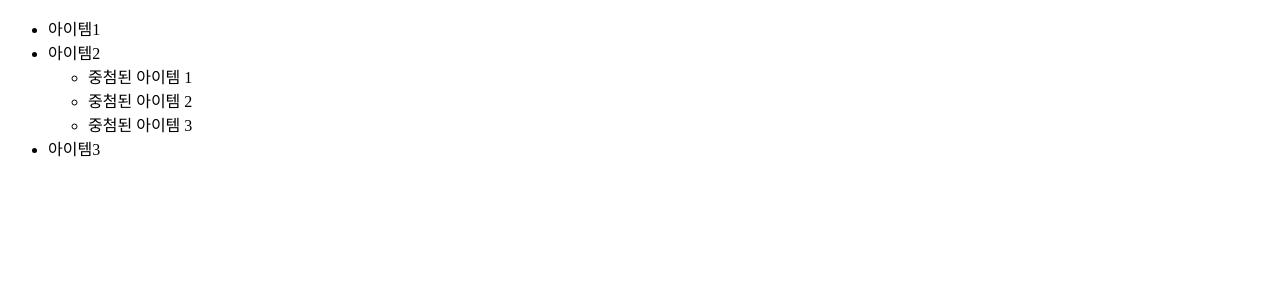
Repository: reddrinkbro/JSPStudy
Page: jQuery/WebContent/2계층선택자/8.html
The author's editor kept a copy of each file at every save. The page is drawn from the files as they stood at one save, then again after the next save.
The browser window is 1280 px wide. The pictures show the whole page.

Above is the page before, as saved 2020-04-21 03:55:12.

After the next save:
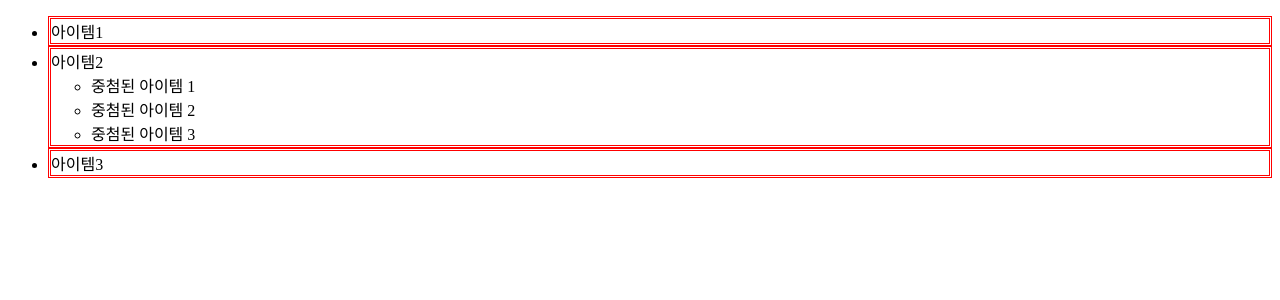
Saved 5 min 20 s later.
--- a/jQuery/WebContent/2계층선택자/8.html
+++ b/jQuery/WebContent/2계층선택자/8.html
@@ -3,9 +3,22 @@
 <head>
 <meta http-equiv="Content-Type" content="text/html; charset=UTF-8">
 <title>Insert title here</title>
+
+	<!--
+		계층 선택자 종류
+
+		자식선택자(child Selector) -> $("parent > child")
+		: HTML DOM을 탐색하여 부모요소의 모든 자식 요소를 선택해서 반환함
+
+		예제 주제 : <ul>태그의 자식인 모든<li>태그를 선택하여 border스타일을 설정 하는 예제
+		자식 <li>태그 내의 중첩된 또 다른 <li>태그는 자식이 아닌 자손이기 때문에 스타일 설정에서 제외됨
+	 -->
 	<script src="https://code.jquery.com/jquery-3.3.1.js"></script>
 	<script type="text/javascript">
-
+		$(function(){
+			//class속성값이 topnav인 <ul>요소를 선택해 <ul>의 모든 자식 요소를 선택에 border속성값을 설정
+			$("ul.topnav > li").css("border", "3px double red");
+		});
 	</script>
 </head>
 <body>
